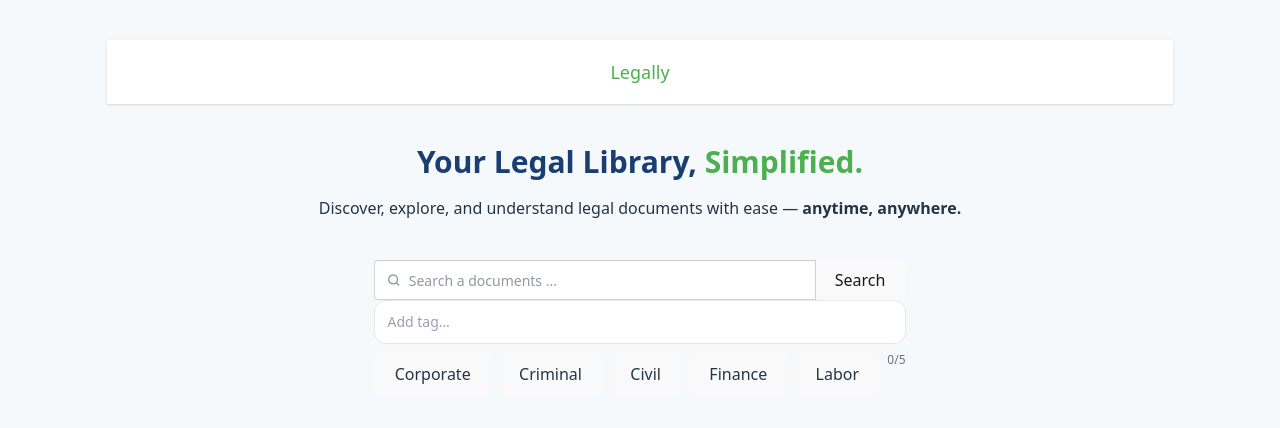
Repository: OdinPie/legal-search-acmeai
Page: / (app in legal-frontend/)
These files come from the project's save history. The page is drawn as it stood at one moment and after the next save; the edit follows.
The browser window is 1280 px wide. The pictures show the whole page.
The project was rebuilt for these pictures with package versions that can differ from the ones it lists, and the page was loaded fresh each time. Also part of the build but not shown: legal-frontend/vite.config.js.

Above is the page before, as saved 2025-11-05 21:06:45.

### legal-frontend/index.html
<!doctype html>
<html lang="en">
  <head>
    <meta charset="UTF-8" />
    <link rel="icon" type="image/svg+xml" href="/vite.svg" />
    <meta name="viewport" content="width=device-width, initial-scale=1.0" />
    <title>legal-frontend</title>
  </head>
  <body>
    <div id="root"></div>
    <script type="module" src="/src/main.jsx"></script>
  </body>
</html>

### legal-frontend/src/App.jsx
import './App.css'
import Home from './pages/Home'

function App() {

  return (
    <>
      <Home></Home>
    </>
  )
}

export default App

### legal-frontend/src/App.css
@import "tailwindcss";

@plugin "daisyui";

### legal-frontend/src/pages/Home.jsx
import React from 'react';
import SearchSection from '../components/SearchSection';
import Navbar from '../components/Navbar';
import Banner from '../components/Banner';
const Home = () => {
    return (
        <div className='bg-[#F6F9FC] min-h-screen min-w-screen'>
            <Navbar></Navbar>
            <Banner></Banner>
            {/* <SearchSection></SearchSection> */}
            {/* Your Legal Library, Simplified.
                Discover, explore, and understand legal documents with ease — anytime, anywhere. */}
        </div>
    );
};

export default Home;

### legal-frontend/src/components/SearchSection.jsx
import { useState } from "react";
import TagBar from "./TagBar";

export default function SearchSection() {

  const [query, setQuery] = useState("");
  const [keywords, setKeywords] = useState([]);

  return (
    <div className="my-10">
      <div className="join w-full max-w-2xl mx-auto">
    <label className="input validator join-item flex-1 min-w-0">
      <svg className="h-[1em] opacity-50" xmlns="http://www.w3.org/2000/svg" viewBox="0 0 24 24">
    <g
      strokeLinejoin="round"
      strokeLinecap="round"
      strokeWidth="2.5"
      fill="none"
      stroke="currentColor"
    >
      <circle cx="11" cy="11" r="8"></circle>
      <path d="m21 21-4.3-4.3"></path>
    </g>
  </svg>
      <input className="grow" type="text" placeholder="Search a documents ..." required />
    </label>
    <div className="validator-hint hidden">Enter valid query</div>

  <button className="btn btn-blue join-item bg-[#1A3E72] shrink-0" >Search</button>
</div>
    <TagBar value={keywords} onChange={setKeywords} />
    </div>
  );
}

### legal-frontend/src/components/Navbar.jsx
export default function Navbar() {

  return (
    <div className="flex justify-center sticky top-10 ">
        <div className="navbar bg-base-100 shadow-sm sticky z-10 w-10/12">
    <div className="flex justify-center w-full">
        <a className="btn btn-ghost text-lg !text-[#4CAF50]">Legally</a>
    </div>
    </div>
    </div>
  );
}

### legal-frontend/src/components/Banner.jsx
import React from 'react';
import SearchSection from './SearchSection';

const Banner = () => {
    return (
        <div>
            <div className='flex flex-col items-center justify-center text-center mt-20'>
                {/*Banner writings here  */}
                <h1 className='!text-3xl font-bold text-[#1A3E72]'>Your Legal Library, <span className='text-[#4CAF50]'>Simplified.</span></h1>
                <p className='mt-4'>Discover, explore, and understand legal documents with ease — <span className='font-bold'>anytime, anywhere.</span></p>
                <SearchSection></SearchSection>
            </div>
        </div>
    );
};

export default Banner;

### legal-frontend/src/components/TagBar.jsx
import { useState, useRef } from "react";

const MAX_TAGS = 5;
const SUGGESTIONS = ["Corporate", "Criminal", "Civil", "Finance", "Labor"];

export default function TagBar({ value = [], onChange }) {
  const [input, setInput] = useState("");
  const inputRef = useRef(null);

  const addTag = (raw) => {
    const tag = raw.trim().replace(/^#/, "");
    if (!tag) return;
    const norm = tag.toLowerCase();
    const has = value.some(t => t.toLowerCase() === norm);
    if (has || value.length >= MAX_TAGS) return;
    onChange([...value, tag]);
    setInput("");
  };

  const removeTag = (tag) => onChange(value.filter(t => t !== tag));

  const handleKeyDown = (e) => {
    if (["Enter", "Comma", ","].includes(e.key) || e.key === " ") {
      e.preventDefault();
      addTag(input);
    } else if (e.key === "Backspace" && !input && value.length) {
      removeTag(value[value.length - 1]);
    }
  };

  const atLimit = value.length >= MAX_TAGS;

  return (
    <div className="space-y-2">
      {/* TAG BAR */}
      <div
        className="flex items-center gap-2 overflow-x-auto no-scrollbar h-11 w-full rounded-xl border border-gray-200 bg-white px-3"
        role="listbox"
        aria-label="Selected tags"
      >
        {value.map(tag => (
          <span
            key={tag}
            className="inline-flex items-center gap-1 rounded-full bg-blue-50 text-blue-800 border border-blue-200 px-3 py-1 text-sm"
          >
            #{tag}
            <button
              aria-label={`Remove ${tag}`}
              onClick={() => removeTag(tag)}
              className="ml-1 rounded-full px-1 hover:bg-blue-100"
            >
              ✕
            </button>
          </span>
        ))}

        {/* inline input inside the bar */}
        <input
          ref={inputRef}
          value={input}
          onChange={(e) => setInput(e.target.value)}
          onKeyDown={handleKeyDown}
          disabled={atLimit}
          placeholder={atLimit ? "Max 5 tags reached" : "Add tag…"}
          className="min-w-[8ch] flex-1 bg-transparent outline-none text-sm placeholder-gray-400"
          aria-disabled={atLimit}
        />
      </div>

      {/* SUGGESTIONS UNDER THE BAR */}
      <div className="flex flex-wrap gap-2">
        {SUGGESTIONS.map(s => {
          const taken = value.some(t => t.toLowerCase() === s.toLowerCase());
          return (
            <button
              key={s}
              disabled={taken || atLimit}
              onClick={() => addTag(s)}
              className={`px-3 py-1 text-sm rounded-full border transition
                ${taken ? "border-gray-200 text-gray-400 cursor-not-allowed"
                        : "border-gray-300 hover:bg-blue-50 hover:border-blue-400"}`}
            >
              {s}
            </button>
          );
        })}
        {/* counter on the right */}
        <span className="ml-auto text-xs text-gray-500">{value.length}/{MAX_TAGS}</span>
      </div>
    </div>
  );
}

Loaded but not shown: legal-frontend/src/main.jsx (common file); legal-frontend/src/index.css (common file)

After the next save:
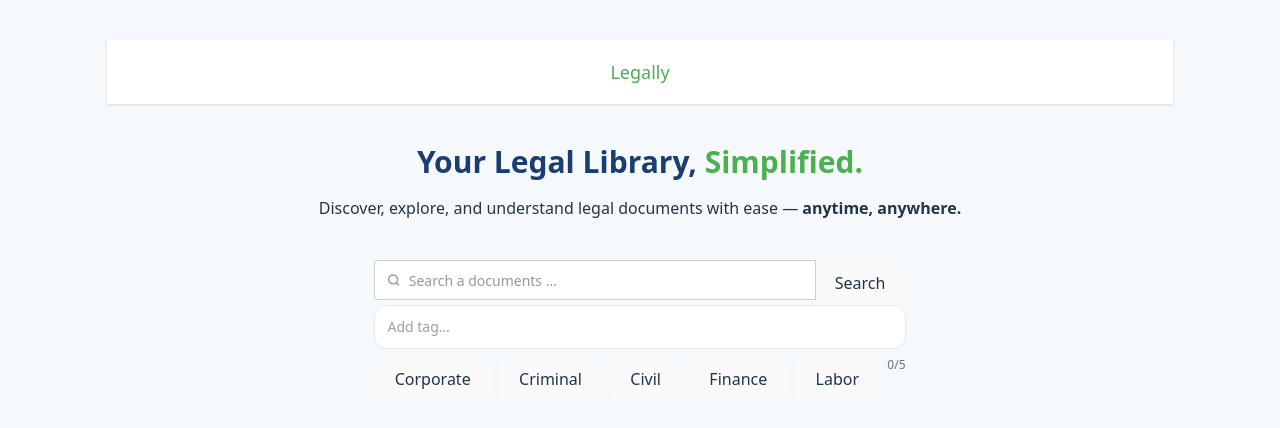
Saved 32 s later.
--- a/legal-frontend/src/components/SearchSection.jsx
+++ b/legal-frontend/src/components/SearchSection.jsx
@@ -26,7 +26,7 @@
     </label>
     <div className="validator-hint hidden">Enter valid query</div>
 
-  <button className="btn btn-blue join-item bg-[#1A3E72] shrink-0" >Search</button>
+  <button className="join-item bg-[#1A3E72] shrink-0" >Search</button>
 </div>
     <TagBar value={keywords} onChange={setKeywords} />
     </div>

After the 3 saves that followed:
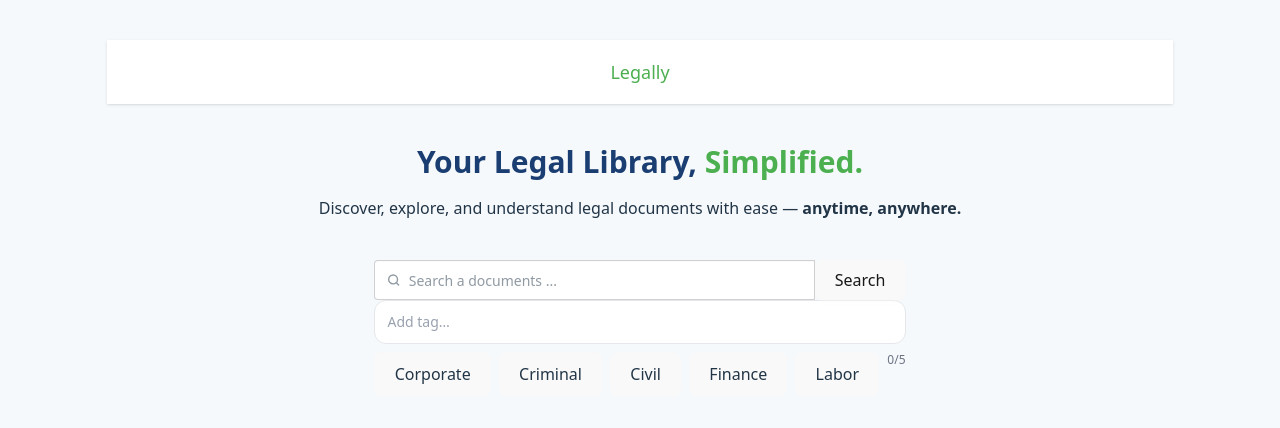
The 3 saves are shown as one change because 2 left the picture as it was.
The last was saved 85 s later.
--- a/legal-frontend/src/components/SearchSection.jsx
+++ b/legal-frontend/src/components/SearchSection.jsx
@@ -26,7 +26,7 @@
     </label>
     <div className="validator-hint hidden">Enter valid query</div>
 
-  <button className="join-item bg-[#1A3E72] shrink-0" >Search</button>
+  <button className="btn btnjoin-item" >Search</button>
 </div>
     <TagBar value={keywords} onChange={setKeywords} />
     </div>
